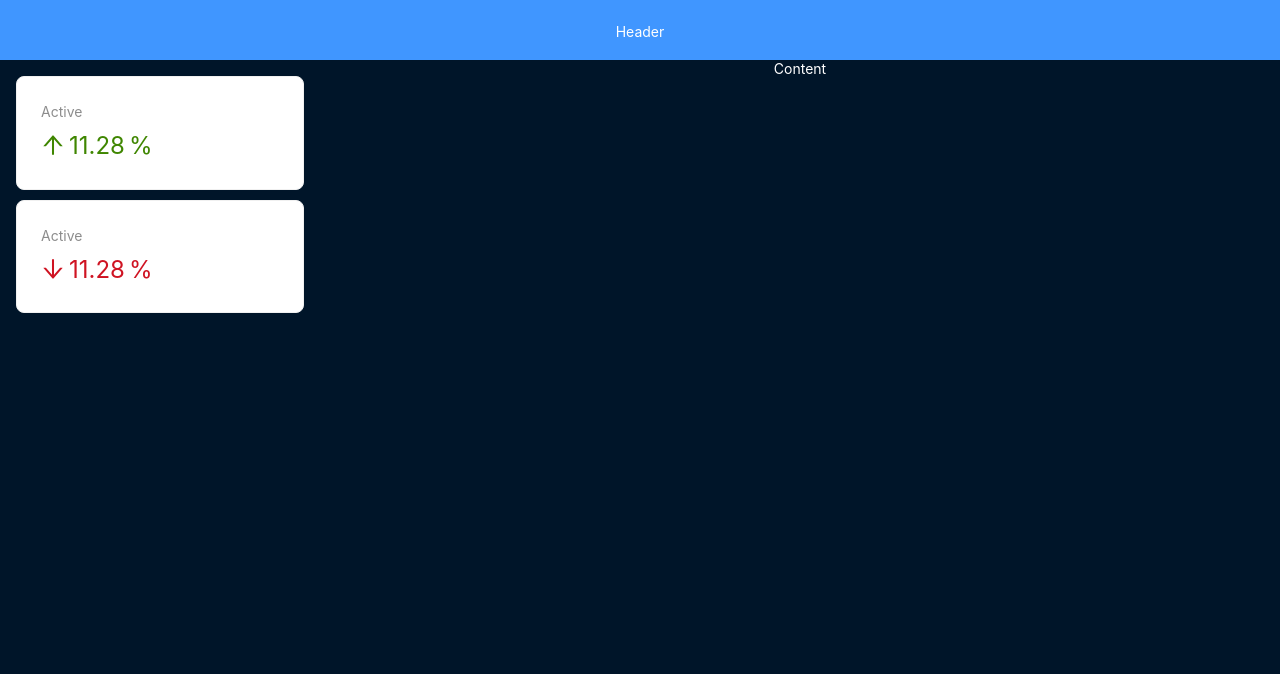
Repository: Vadia23/React-Crypto-App
Page: /
These files come from the project's save history. The page is drawn as it stood at one moment and after the next save; the edit follows.
The browser window is 1280 px wide. The pictures show the whole page.
The project was rebuilt for these pictures with package versions that can differ from the ones it lists, and the page was loaded fresh each time. Also part of the build but not shown: vite.config.js.

Above is the page before, as saved 2024-02-08 17:59:00.

After the next save:
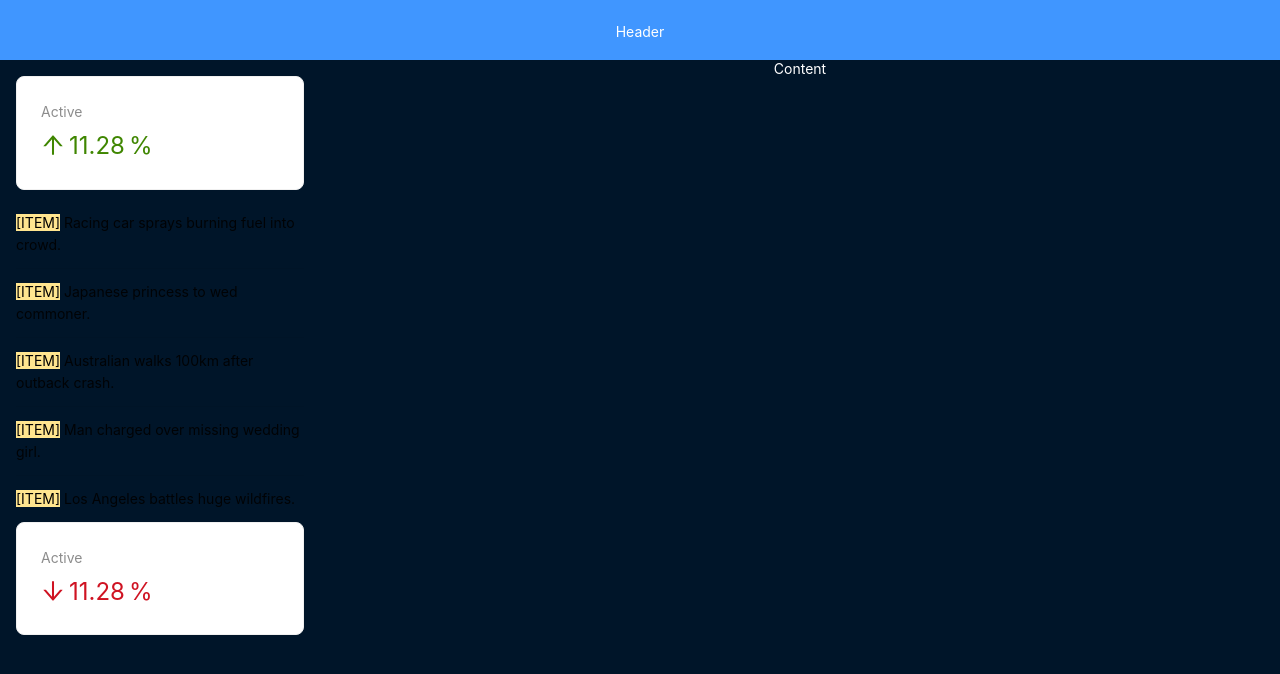
Saved 4 min 11 s later.
--- a/src/components/layout/AppSider.jsx
+++ b/src/components/layout/AppSider.jsx
@@ -1,9 +1,17 @@
-import { Card, Layout, Statistic } from "antd";
+import { Card, Layout, List, Statistic, Typography } from "antd";
 import { ArrowDownOutlined, ArrowUpOutlined } from "@ant-design/icons";
 
 const siderStyle = {
   padding: "1rem",
 };
+
+const data = [
+  "Racing car sprays burning fuel into crowd.",
+  "Japanese princess to wed commoner.",
+  "Australian walks 100km after outback crash.",
+  "Man charged over missing wedding girl.",
+  "Los Angeles battles huge wildfires.",
+];
 
 export default function AppSider() {
   return (
@@ -18,6 +26,14 @@
           suffix="%"
         />
       </Card>
+      <List
+        dataSource={data}
+        renderItem={(item) => (
+          <List.Item>
+            <Typography.Text mark>[ITEM]</Typography.Text> {item}
+          </List.Item>
+        )}
+      />
       <Card>
         <Statistic
           title="Active"
